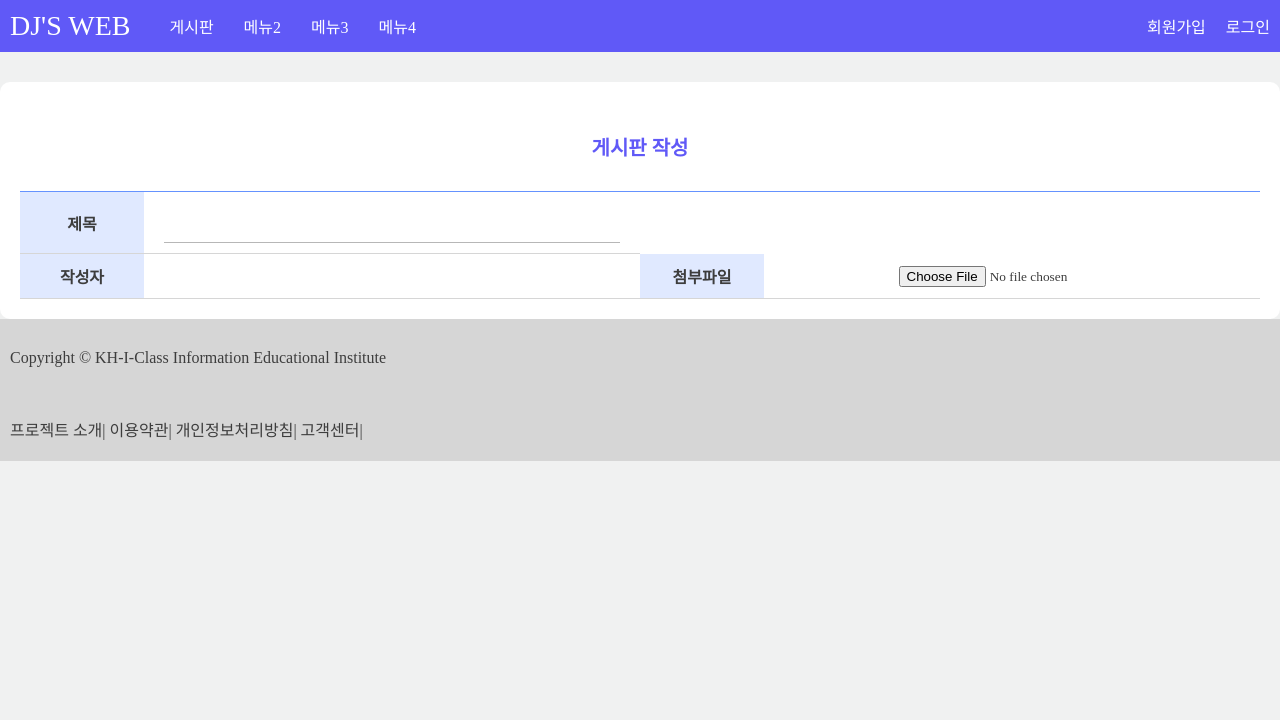
Repository: Godzilla-Man/codingStudy
Page: http://localhost/server_06_notice/notice/writeFrm
The author's editor kept a copy of each file at every save. The page is drawn from the files as they stood at one save, then again after the next save.
The browser window is 1280 px wide. The pictures show the whole page.
Some web fonts or font styles are not loaded; a fallback is used. The page is served by Tomcat 9.

Above is the page before, as saved 2025-05-09 02:28:46.

After the next save:
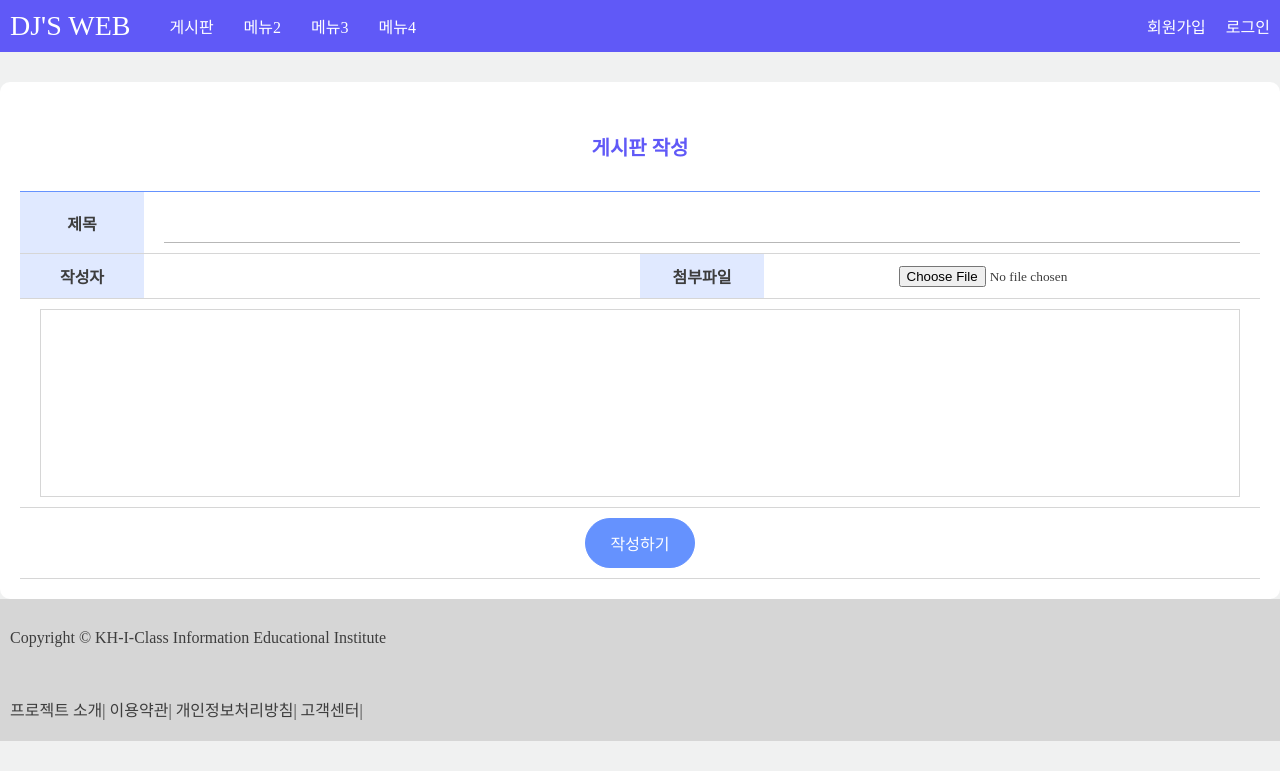
Saved 2 min 30 s later.
--- a/server_06_notice/src/main/webapp/WEB-INF/views/notice/writeFrm.jsp
+++ b/server_06_notice/src/main/webapp/WEB-INF/views/notice/writeFrm.jsp
@@ -18,8 +18,8 @@
 
 					  <table class="tbl">
 					  	<tr>
-					  		<th style="width: 10%;">제목</th>
-					  		<td style="width: 40%;">
+					  		<th>제목</th>
+					  		<td colspan="3">
 					  			<div class="input-item">
 					  				<input type="text" name="noticeTitle">
 					  			</div>
@@ -35,6 +35,18 @@
 					  			<input type="file" name="uploadFile">
 					  		</td>
 					  	</tr>
+					  	<tr>
+					  		<td colspan="4">
+					  			<div class="input-item">
+					  				<textarea name="noticeContent"></textarea>
+					  			</div>
+					  		</td>
+				  		</tr>
+				  		<tr>
+				  			<td colspan="4">
+				  				<button type="submit" class="btn-primary lg">작성하기</button>
+				  			</td>
+				  		</tr>
 					  </table>
 			  	</form>
 			</section>
